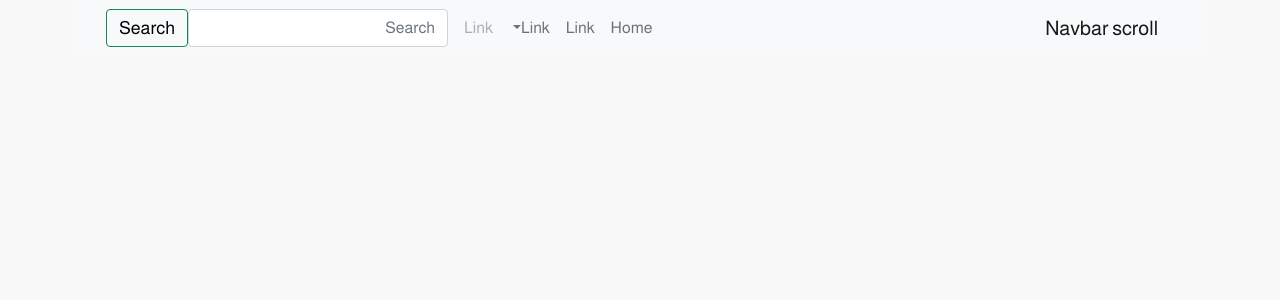
Repository: SD-Mdouka/react-table
Page: /
The author's editor kept a copy of each file at every save. The page is drawn from the files as they stood at one save, then again after the next save.
The browser window is 1280 px wide. The pictures show the whole page.
The project was rebuilt for these pictures with package versions that can differ from the ones it lists, and the page was loaded fresh each time.

Above is the page before, as saved 2022-10-06 15:22:43.

### public/index.html
<!DOCTYPE html>
<html dir="rtl" lang="ar">

<head>
    <meta charset="utf-8" />
    <link rel="icon" href="%PUBLIC_URL%/favicon.ico" />
    <meta name="viewport" content="width=device-width, initial-scale=1" />
    <meta name="theme-color" content="#000000" />
    <meta name="description" content="Web site created using create-react-app" />
    <link rel="apple-touch-icon" href="%PUBLIC_URL%/logo192.png" />
    <!--
      manifest.json provides metadata used when your web app is installed on a
      user's mobile device or desktop. See https://developers.google.com/web/fundamentals/web-app-manifest/
    -->
    <link rel="manifest" href="%PUBLIC_URL%/manifest.json" />
    <link rel="preconnect" href="https://fonts.googleapis.com" />
    <link rel="preconnect" href="https://fonts.gstatic.com" crossorigin />
    <link href="https://fonts.googleapis.com/css2?family=Almarai:wght@300;400;700;800&family=Cairo:wght@300&display=swap" rel="stylesheet" />

    <link rel="stylesheet" href="https://cdn.jsdelivr.net/npm/bootstrap@5.1.3/dist/css/bootstrap.min.css" integrity="sha384-1BmE4kWBq78iYhFldvKuhfTAU6auU8tT94WrHftjDbrCEXSU1oBoqyl2QvZ6jIW3" crossorigin="anonymous" />
    <title>React App</title>
</head>

<body>
    <noscript>You need to enable JavaScript to run this app.</noscript>
    <div id="root"></div>
    <!--
      This HTML file is a template.
      If you open it directly in the browser, you will see an empty page.

      You can add webfonts, meta tags, or analytics to this file.
      The build step will place the bundled scripts into the <body> tag.

      To begin the development, run `npm start` or `yarn start`.
      To create a production bundle, use `npm run build` or `yarn build`.
    -->
</body>

</html>

### src/App.tsx
import React from "react";
import { Container } from "react-bootstrap";
import "./App.css";
import NavBar from "./components/Navbar";

const App = () => {
  return (
    <div className="color-body font">
      <Container>
        <NavBar />
      </Container>
    </div>
  );
};

export default App;

### src/App.css
.color-body {
    background-color: #f8f8f8;
    height: 100vh;
}

.font {
    font-family: "Almarai", sans-serif;
}

.title {
    color: #224f61;
    font-family: Almarai;
    font-size: 30px;
    font-weight: bold;
    letter-spacing: 0;
    line-height: 64px;
}

.underline {
    height: 1px;
    width: 200px;
    border-radius: 10px;
    border: 2px solid #b45b35;
}

.btn {
    color: black;
    font-family: Almarai;
    font-size: 18px;
    letter-spacing: 0;
    line-height: 24px;
}

.btn:hover {
    color: black;
    font-family: Almarai;
    font-size: 18px;
    font-weight: bold;
    letter-spacing: 0;
    line-height: 24px;
    border-radius: 11px;
    border: none;
    background-color: #b45b35;
}

.img-item {
    height: 180px;
    width: 252px;
    border-radius: 5px;
}

.item-description {
    color: #8c8c8c;
    font-family: Almarai;
    font-size: 16px;
    letter-spacing: 0;
    line-height: 20px;
}

.item-title {
    color: #555555;
    font-family: Almarai;
    font-size: 16px;
    font-weight: bold;
    letter-spacing: 0;
    line-height: 20px;
}

.card-color {
    background-color: #f8f8f8;
}

.item-price {
    color: #b45b35;
    font-family: Almarai;
    font-size: 16px;
    font-weight: bold;
    letter-spacing: 0;
    line-height: 20px;
}

.btn-search {
    color: #b45b35;
    border-radius: 3px solid #b45b35;
    border-radius: 8px;
    background-color: white;
}

.btn-search:hover {
    color: white;
    border-radius: 3px solid white;
    background-color: #b45b35;
    border-radius: 8px;
}

.brand-color {
    color: #b45b35;
}

### src/components/Navbar.js
import React from 'react'
import {
  Container,
  Navbar,
  Row,
  Nav,
  NavDropdown,
  Form,
  Button,
} from "react-bootstrap";

const NavBar = () => {
  return (
    <Row>
      <Navbar bg="light" expand="lg">
      <Container fluid>
        <Navbar.Brand href="#">Navbar scroll</Navbar.Brand>
        <Navbar.Toggle aria-controls="navbarScroll" />
        <Navbar.Collapse id="navbarScroll">
          <Nav
            className="me-auto my-2 my-lg-0"
            style={{ maxHeight: '100px' }}
            navbarScroll
          >
            <Nav.Link href="#action1">Home</Nav.Link>
            <Nav.Link href="#action2">Link</Nav.Link>
            <NavDropdown title="Link" id="navbarScrollingDropdown">
              <NavDropdown.Item href="#action3">Action</NavDropdown.Item>
              <NavDropdown.Item href="#action4">
                Another action
              </NavDropdown.Item>
              <NavDropdown.Divider />
              <NavDropdown.Item href="#action5">
                Something else here
              </NavDropdown.Item>
            </NavDropdown>
            <Nav.Link href="#" disabled>
              Link
            </Nav.Link>
          </Nav>
          <Form className="d-flex">
            <Form.Control
              type="search"
              placeholder="Search"
              className="me-2"
              aria-label="Search"
            />
            <Button variant="outline-success">Search</Button>
          </Form>
        </Navbar.Collapse>
      </Container>
    </Navbar>
    </Row>
  )
}

export default NavBar;

Loaded but not shown: src/index.tsx (common file); src/index.css (common file); src/reportWebVitals.ts (common file)

After the next save:
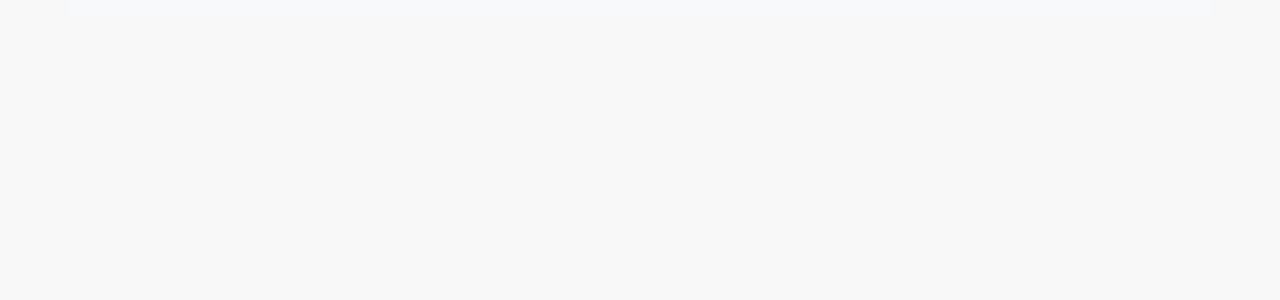
Saved 68 s later.
--- a/src/components/Navbar.js
+++ b/src/components/Navbar.js
@@ -1,4 +1,4 @@
-import React from 'react'
+import React from "react";
 import {
   Container,
   Navbar,
@@ -13,7 +13,7 @@
   return (
     <Row>
       <Navbar bg="light" expand="lg">
-      <Container fluid>
+        {/* <Container fluid>
         <Navbar.Brand href="#">Navbar scroll</Navbar.Brand>
         <Navbar.Toggle aria-controls="navbarScroll" />
         <Navbar.Collapse id="navbarScroll">
@@ -48,10 +48,10 @@
             <Button variant="outline-success">Search</Button>
           </Form>
         </Navbar.Collapse>
-      </Container>
-    </Navbar>
+      </Container> */}
+      </Navbar>
     </Row>
-  )
-}
+  );
+};
 
 export default NavBar;

After the save that followed:
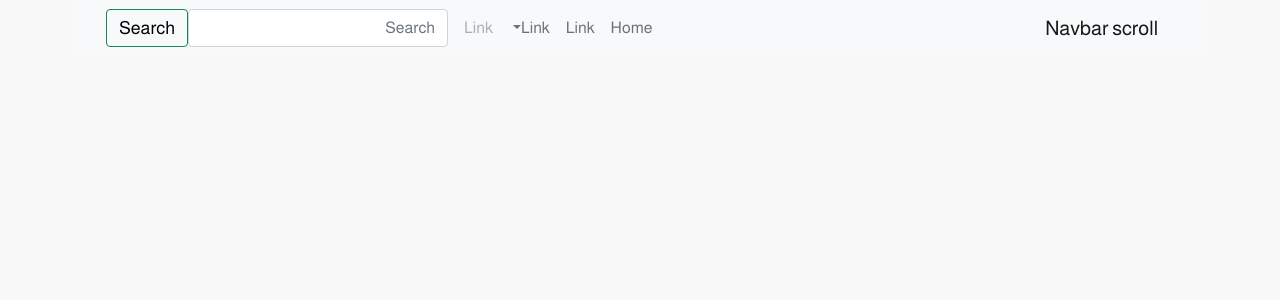
Saved 52 s later.
--- a/src/components/Navbar.js
+++ b/src/components/Navbar.js
@@ -13,42 +13,42 @@
   return (
     <Row>
       <Navbar bg="light" expand="lg">
-        {/* <Container fluid>
-        <Navbar.Brand href="#">Navbar scroll</Navbar.Brand>
-        <Navbar.Toggle aria-controls="navbarScroll" />
-        <Navbar.Collapse id="navbarScroll">
-          <Nav
-            className="me-auto my-2 my-lg-0"
-            style={{ maxHeight: '100px' }}
-            navbarScroll
-          >
-            <Nav.Link href="#action1">Home</Nav.Link>
-            <Nav.Link href="#action2">Link</Nav.Link>
-            <NavDropdown title="Link" id="navbarScrollingDropdown">
-              <NavDropdown.Item href="#action3">Action</NavDropdown.Item>
-              <NavDropdown.Item href="#action4">
-                Another action
-              </NavDropdown.Item>
-              <NavDropdown.Divider />
-              <NavDropdown.Item href="#action5">
-                Something else here
-              </NavDropdown.Item>
-            </NavDropdown>
-            <Nav.Link href="#" disabled>
-              Link
-            </Nav.Link>
-          </Nav>
-          <Form className="d-flex">
-            <Form.Control
-              type="search"
-              placeholder="Search"
-              className="me-2"
-              aria-label="Search"
-            />
-            <Button variant="outline-success">Search</Button>
-          </Form>
-        </Navbar.Collapse>
-      </Container> */}
+        <Container fluid>
+          <Navbar.Brand href="#">Navbar scroll</Navbar.Brand>
+          <Navbar.Toggle aria-controls="navbarScroll" />
+          <Navbar.Collapse id="navbarScroll">
+            <Nav
+              className="me-auto my-2 my-lg-0"
+              style={{ maxHeight: "100px" }}
+              navbarScroll
+            >
+              <Nav.Link href="#action1">Home</Nav.Link>
+              <Nav.Link href="#action2">Link</Nav.Link>
+              <NavDropdown title="Link" id="navbarScrollingDropdown">
+                <NavDropdown.Item href="#action3">Action</NavDropdown.Item>
+                <NavDropdown.Item href="#action4">
+                  Another action
+                </NavDropdown.Item>
+                <NavDropdown.Divider />
+                <NavDropdown.Item href="#action5">
+                  Something else here
+                </NavDropdown.Item>
+              </NavDropdown>
+              <Nav.Link href="#" disabled>
+                Link
+              </Nav.Link>
+            </Nav>
+            <Form className="d-flex">
+              <Form.Control
+                type="search"
+                placeholder="Search"
+                className="me-2"
+                aria-label="Search"
+              />
+              <Button variant="outline-success">Search</Button>
+            </Form>
+          </Navbar.Collapse>
+        </Container>
       </Navbar>
     </Row>
   );
